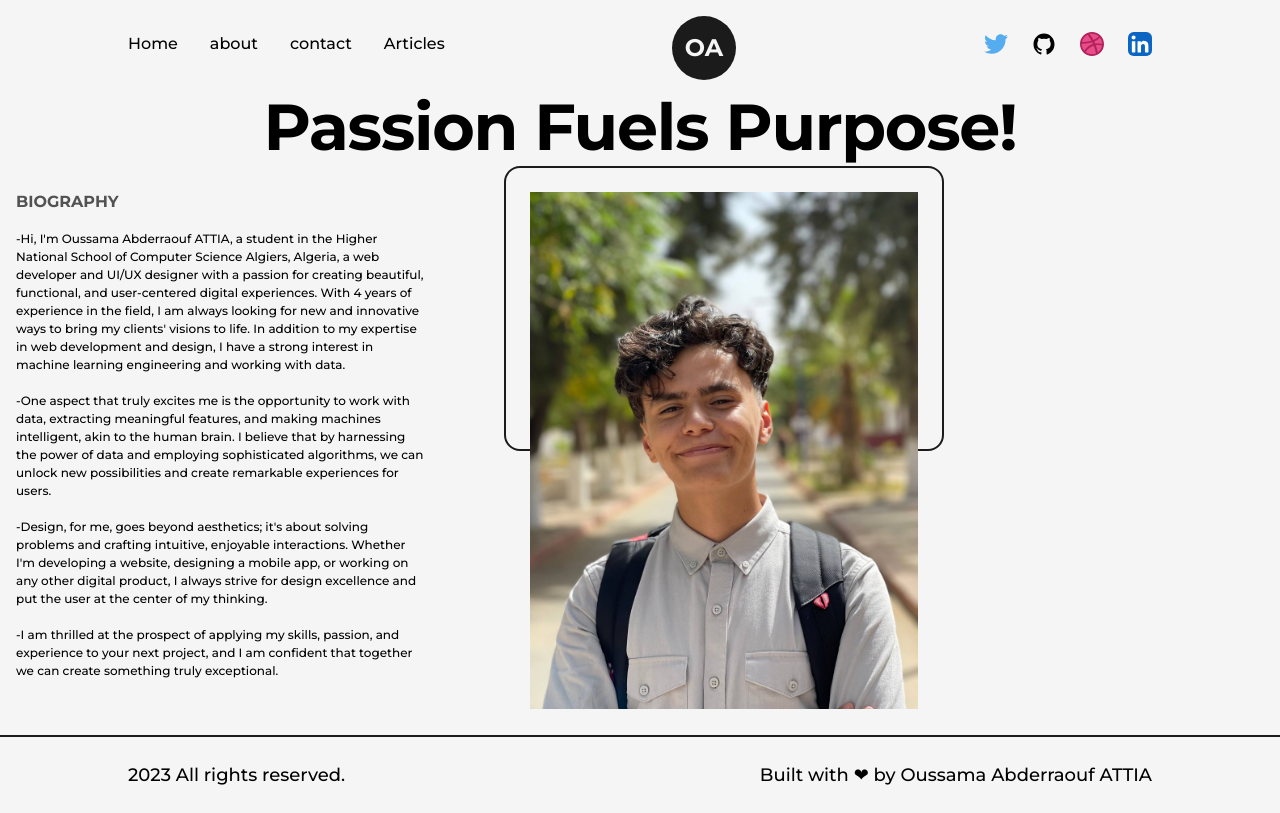
Repository: OussamaAbderraoufAttia/Next.js-Developer-Portfolio
Page: /About
These files come from the project's save history. The page is drawn as it stood at one moment and after the next save; the edit follows.
The browser window is 1280 px wide. The pictures show the whole page.
The project was rebuilt for these pictures with package versions that can differ from the ones it lists, and the page was loaded fresh each time. The framework's server and built-in components were replaced by stand-ins that run in the browser. Also part of the build but not shown: next.config.js, src/components/AnimatedText.js.

Above is the page before, as saved 2023-06-27 22:49:36.

### src/pages/_app.js
import Footer from '@/components/Footer'
import NavBar from '@/components/NavBar'
import '@/styles/globals.css'
import { Montserrat } from 'next/font/google'
import Head from 'next/head'


const montserrat = Montserrat({
  subsets: ['latin'],
  variable: "--font-mont"
})
export default function App({ Component, pageProps }) {
  return (
    <>
    <Head>
      <meta name="viewport" content="width=device-width, initial-scale=1" />
      <link rel="icon" href="/favicon.ico" />
    </Head>
    <main className={`${montserrat.variable} font-mont bg-light w-full min-h-screen`}>
      <NavBar />
      <Component {...pageProps} />
      <Footer />
    </main>
    </>
  )
}

### src/pages/About.js
import React from 'react';
import Head from 'next/head';
import AnimatedText from '@/components/AnimatedText';
import Layout from '@/components/Layout';
import me from '../../public/images/profile/me.jpg';
import Image from 'next/image';

const about = () => {
  return (
    <>
        <Head>
            <title>OA | About Page</title>
            <meta name='description' content='About Oussama Abderraouf ATTIA' />
        </Head>
        <main className='flex w-full flex-col item-center justify-center'>
            <Layout className='pt-16'>
                <h1 className="text-center" style={{
                    fontSize: '65px',
                    fontWeight: 'bold',
                    lineHeight: '1.2',
                    letterSpacing: '-0.02em',
                }}>
                    Passion Fuels Purpose!
                </h1>
                <div className='grid w-full grid-cols-8 gap-16'>
                    <div className='col-span-3 flex flex-col items-start justify-start px-4 py-6'>
                        <h2 className='mb-4  text- font-bold uppercase text-dark/75'>
                            Biography
                        </h2>
                        <div  style={{fontSize: 12}}>
                        <p className='font-medium '>
                            -Hi, I'm Oussama Abderraouf ATTIA, a student in the Higher National School of Computer Science Algiers, Algeria, a web developer and UI/UX designer with a passion for creating beautiful, functional, and user-centered digital experiences. With 4 years of experience in the field, I am always looking for new and innovative ways to bring my clients' visions to life. In addition to my expertise in web development and design, I have a strong interest in machine learning engineering and working with data.
                        </p>
                        <br/>
                       <p className='font-medium '>
                            -One aspect that truly excites me is the opportunity to work with data, extracting meaningful features, and making machines intelligent, akin to the human brain. I believe that by harnessing the power of data and employing sophisticated algorithms, we can unlock new possibilities and create remarkable experiences for users.
                       </p>
                       <br/>
                       <p className='font-medium '>
                            -Design, for me, goes beyond aesthetics; it's about solving problems and crafting intuitive, enjoyable interactions. Whether I'm developing a website, designing a mobile app, or working on any other digital product, I always strive for design excellence and put the user at the center of my thinking.
                       </p>
                       <br/>
                       <p className='font-medium '>
                            -I am thrilled at the prospect of applying my skills, passion, and experience to your next project, and I am confident that together we can create something truly exceptional.
                       </p>
                        </div>

                    </div>
                    <div className='col-span-3 relative h-1/2 rounded-2xl border-2 border-solid border-dark
                    bg-light p-6
                    '>
                        <Image src={me} alt='Oussama Abderraouf ATTIA w-full h-auto rouned-2xl'/>
                    </div>

                </div>
            </Layout>
        </main>
    </>
  )
}

export default about;

### src/components/Footer.js
import React from 'react';
import Link from 'next/link';
import Layout from './Layout';

const Footer = () => {
  return (
    <div>
      <footer className='w-full border-t-2  border-solid  border-dark
      font-medium text-lg
      '>
        <Layout className=' py-6 flex items-center justify-between '>
        <span>
            2023 All rights reserved.
        </span>
        <div>
            <p  >
                Built with &#10084; by Oussama Abderraouf ATTIA
             </p>
        </div>

        </Layout>

      </footer>
    </div>
  )
}

export default Footer

### src/components/NavBar.js
import Link from "next/link";
import React from "react";
import { useRouter } from "next/router";
import Logo from "./Logo";
import   { TwitterIcon, DribbbleIcon, GithubIcon, LinkedInIcon, PinterestIcon } from "./Icons";
import { motion } from "framer-motion";

const CustomLink = ({ href, title, className="" }) => {
    const router = useRouter();
    return (
        <Link href={href} className= {`${className} relative group `}>
            {title }
            <span className={`h-[1px] inline-block bg-dark absolute left-0 bottom-0.5 group-hover:w-full
            transiion-[width] ease duration-300 ${router.asPath === href ? "w-full" : "w-0" }
            `}> &nbsp; </span>
        </Link>
    )
}


const NavBar = () => {
    return (
        <header className="w-full px-32 py-8 font-medium flex items-center justify-between">
            <nav>
                <CustomLink href="/"  title="Home" className="mr-4"/>
                <CustomLink href="/about" title="about" className="mx-4"/>
                <CustomLink href="/contact"  title="contact" className="mx-4"/>
                <CustomLink href="/Articles"  title="Articles" className="ml-4"/>
            </nav>

            <nav className="flex item-center justify-center flex-wrap">
                <motion.a href="https://twitter.com/oussamaattia245" target={"_blank"}
                whileHover={{ y:-5  }}
                whileTap={{ scale: 0.9 }}
                className="w-6 mx-3"
                >
                    <TwitterIcon />
                 </motion.a>
                <motion.a href="https://github.com/OussamaAbderraoufAttia" target={"_blank"}
                whileHover={{ y:-5  }} whileTap={{ scale: 0.9 }}
                className="w-6 mx-3"
                > <GithubIcon /> </motion.a>
                <motion.a href="https://dribbble.com/JohnLoyd" target={"_blank"}
                whileHover={{ y:-5  }} whileTap={{ scale: 0.9 }}
                className="w-6 mx-3"
                > <DribbbleIcon /> </motion.a>
                <motion.a href="https://www.linkedin.com/in/oussama-abderraouf-attia-494b32225/" target={"_blank"}
                whileHover={{ y:-5  }} whileTap={{ scale: 0.9 }}
                className="w-6 ml-3"
                > <LinkedInIcon /> </motion.a>

            </nav>
            <div className="absolute left-[50%] top-2    translate-x-[50%]">
                 <Logo />
            </div>
        </header>
    )
}

export default NavBar;

### src/components/Layout.js
import React from 'react';

const Layout = ({ children, className = "" }) => {
  return (
    <div className={`  w-full h-full inline-block z-0 bg-light p-32${className}`}>
      {children}
    </div>
  );
};

export default Layout;

### src/components/Logo.js
import React from "react";
import Link from "next/link";
import { motion } from "framer-motion";



const MotionLink = motion(Link);
const Logo = () => {
  return (
    <div className="flex items-center justify-center mt-2">
      <MotionLink
        href="/"
        className="w-16 h-16 bg-dark text-light flex items-center justify-center rounded-full font-bold text-2xl"
        whileHover={{
            backgroundColor:["#121212", "rgba(131,58,180,1)","rgba(253,29,29,1)","rgba(252,176,69,1)","rgba(131,58,180,1)", "#121212"],
          transition: {
            duration: 1,
            repeat: Infinity,
          },
        }}
      >
        OA
      </MotionLink>
    </div>
  );
};

export default Logo;

### tailwind.config.js
/** @type {import('tailwindcss').Config} */
const {fontFamily} = require('tailwindcss/defaultTheme')

module.exports = {
  content: [
    // Or if using `src` directory:
    "./src/**/*.{js,ts,jsx,tsx,mdx}",
  ],
  theme: {
    extend: {
      fontFamily: {
        mont: ['var(--font-mont)', 'sans-serif'],
      },
        colors: {
          dark: "#1b1b1b",
          light: "#f5f5f5",
          primary: "#B63E96", // 240,86,199
          primaryDark: "#58E6D9", // 80,230,217
      },
      animation: {
        'spin-slow': 'spin 8s linear infinite',
      },
    },
  },
  plugins: [],
}

Loaded but not shown: src/pages/_document.js (common file); src/styles/globals.css (common file); src/components/Icons.js (484 lines, source omitted)

After the next save:
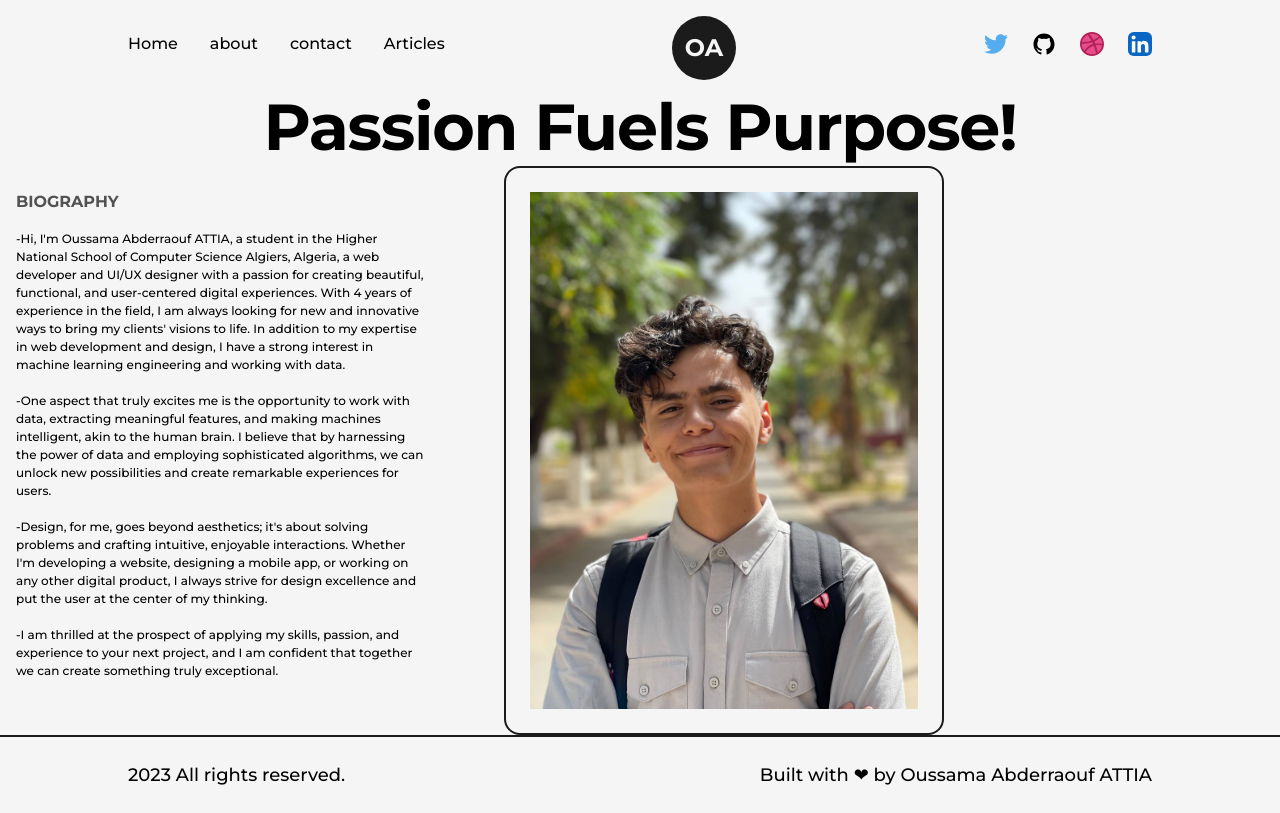
Saved 4 s later.
--- a/src/pages/About.js
+++ b/src/pages/About.js
@@ -46,7 +46,7 @@
                         </div>
 
                     </div>
-                    <div className='col-span-3 relative h-1/2 rounded-2xl border-2 border-solid border-dark
+                    <div className='col-span-3 relative h-max rounded-2xl border-2 border-solid border-dark
                     bg-light p-6
                     '>
                         <Image src={me} alt='Oussama Abderraouf ATTIA w-full h-auto rouned-2xl'/>
